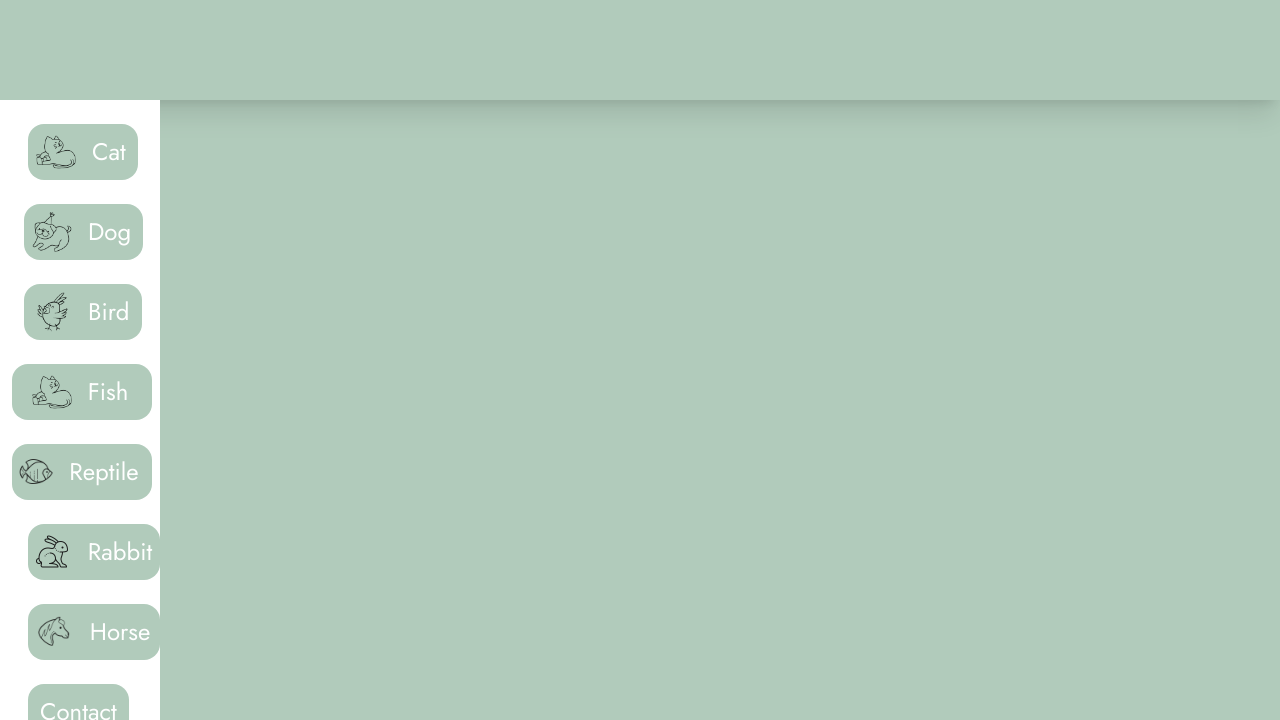
Repository: batu-call/batu-petshop
Page: /main (app in petshopp-appAdmin/admin/)
The author's editor kept a copy of each file at every save. The page is drawn from the files as they stood at one save, then again after the next save.
The browser window is 1280 px wide. The pictures show the whole page.
The project was rebuilt for these pictures with package versions that can differ from the ones it lists, and the page was loaded fresh each time. The framework's server and built-in components were replaced by stand-ins that run in the browser. Also part of the build but not shown: petshopp-appAdmin/admin/next.config.ts.

Above is the page before, as saved 2025-09-19 02:28:27.

After the next save:
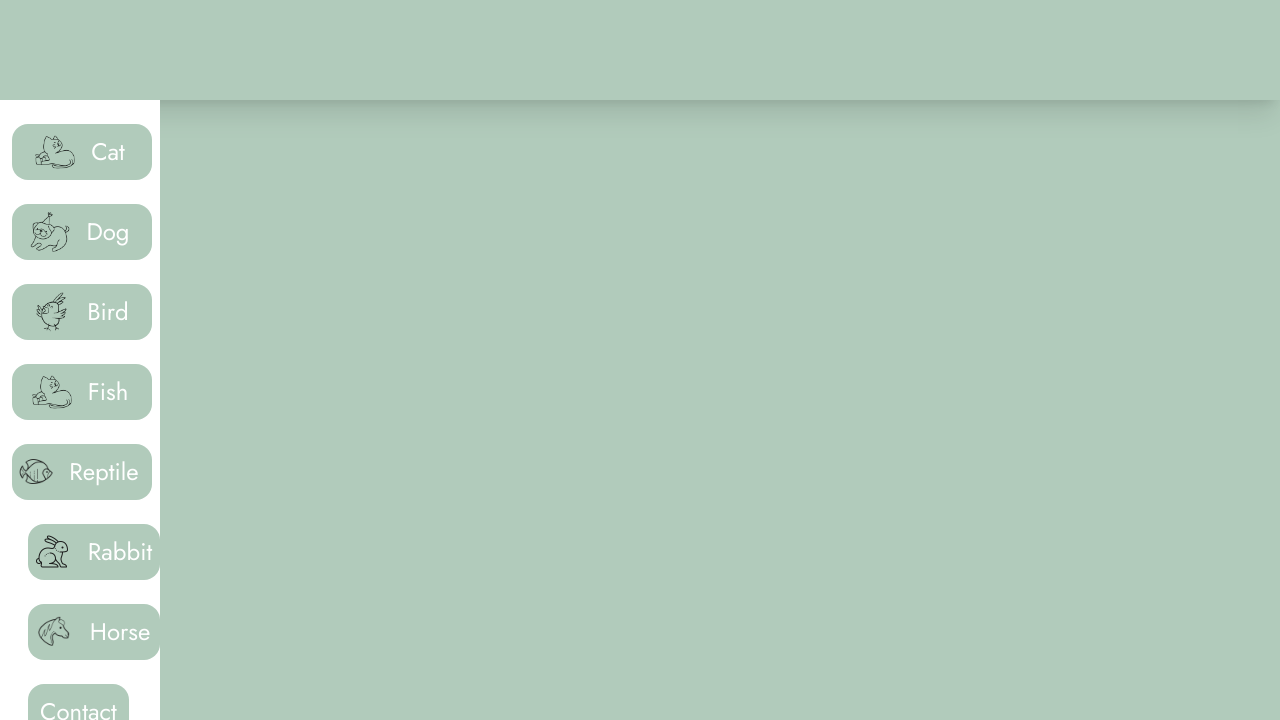
Saved 23 s later.
--- a/petshopp-appAdmin/admin/src/app/main/controller/Main.tsx
+++ b/petshopp-appAdmin/admin/src/app/main/controller/Main.tsx
@@ -7,7 +7,7 @@ const Main = () => {
       <div className='w-full h-25 bg-primary shadow-xl '></div>
       <div className='w-40 h-screen bg-white fixed'>
         {/* Cat */}
-      <div className='bg-primary inline-block p-2 items-center mt-6 ml-7 rounded-2xl'>
+      <div className='bg-primary inline-block p-2 items-center mt-6 ml-3 rounded-2xl w-35'>
         <div className='flex gap-3 items-center justify-center'>
        <Image src="/cat_7721779.png" alt='cat-image'
        height={40}
@@ -17,7 +17,7 @@ const Main = () => {
       </div>
       </div>
       {/* Dog */}
-       <div className='bg-primary inline-block p-2 items-center mt-6 ml-6 rounded-2xl'>
+       <div className='bg-primary inline-block p-2 items-center mt-6 ml-3 rounded-2xl w-35'>
         <div className='flex gap-3 items-center justify-center'>
        <Image src="/dog.png" alt='cat-image'
        height={40}
@@ -27,7 +27,7 @@ const Main = () => {
       </div>
       </div>
       {/* BİRD */}
-       <div className='bg-primary inline-block p-2 items-center mt-6 ml-6 rounded-2xl'>
+       <div className='bg-primary inline-block p-2 items-center mt-6 ml-3 rounded-2xl w-35'>
         <div className='flex gap-3 items-center justify-center'>
        <Image src="/bird.png" alt='cat-image'
        height={40}
